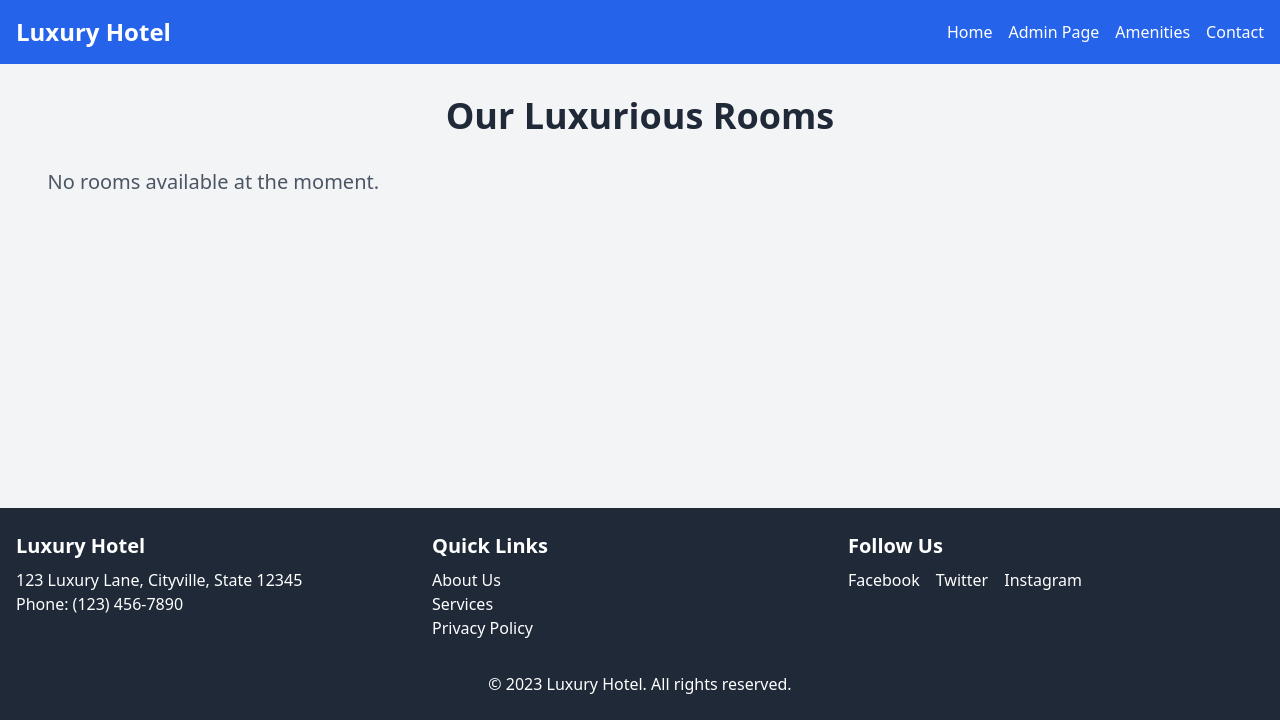
Repository: LeTiepTuyen/hw4_hotel_admin_letieptuyen
Page: index.html
The author's editor kept a copy of each file at every save. The page is drawn from the files as they stood at one save, then again after the next save.
The browser window is 1280 px wide. The pictures show the whole page.
Some web libraries are served in a nearby version.

Above is the page before, as saved 2024-10-03 19:00:09.

After the next save:
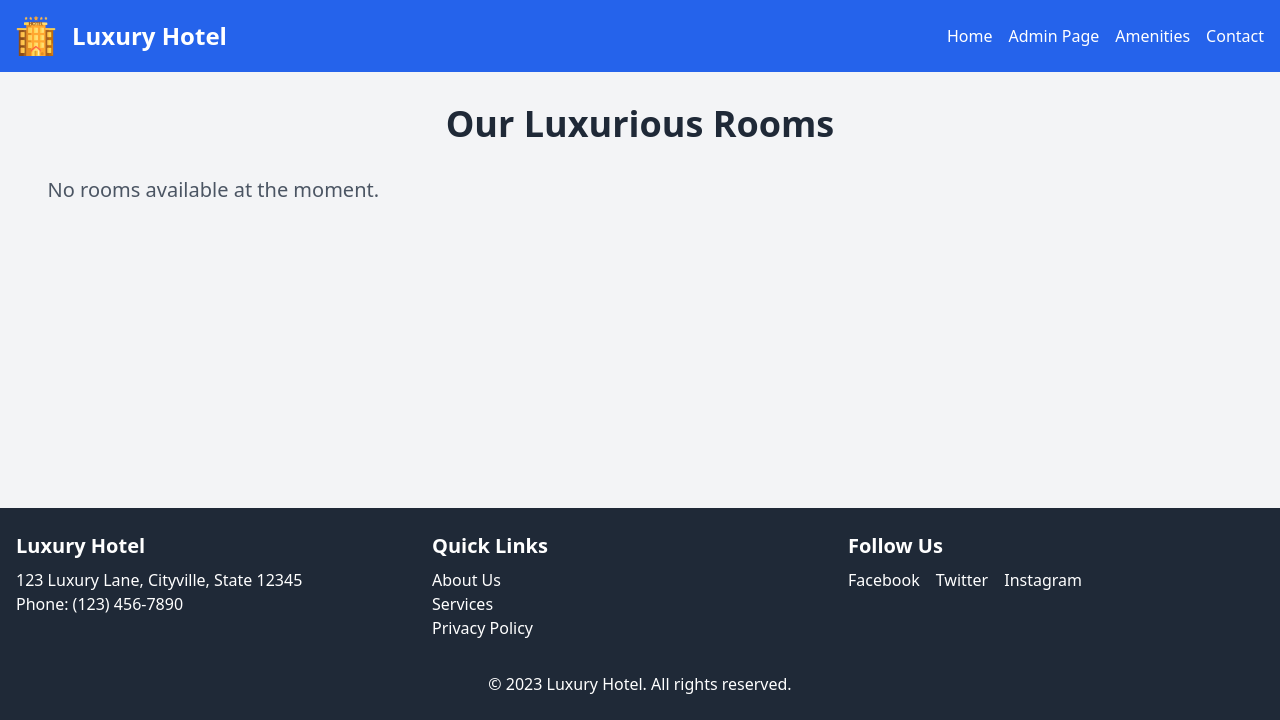
Saved 87 s later.
--- a/index.html
+++ b/index.html
@@ -9,7 +9,10 @@
   <body class="bg-gray-100 flex flex-col min-h-screen">
     <header class="bg-blue-600 text-white py-4">
       <div class="container mx-auto px-4 flex justify-between items-center">
-        <h1 class="text-2xl font-bold">Luxury Hotel</h1>
+        <div class="flex items-center space-x-4">
+          <img src="assets/images/logo.png" alt="Luxury Hotel Logo" class="w-10 h-10" />
+          <h1 class="text-2xl font-bold">Luxury Hotel</h1>
+        </div>
         <nav>
           <ul class="flex space-x-4">
             <li><a href="#" class="hover:text-blue-200">Home</a></li>
